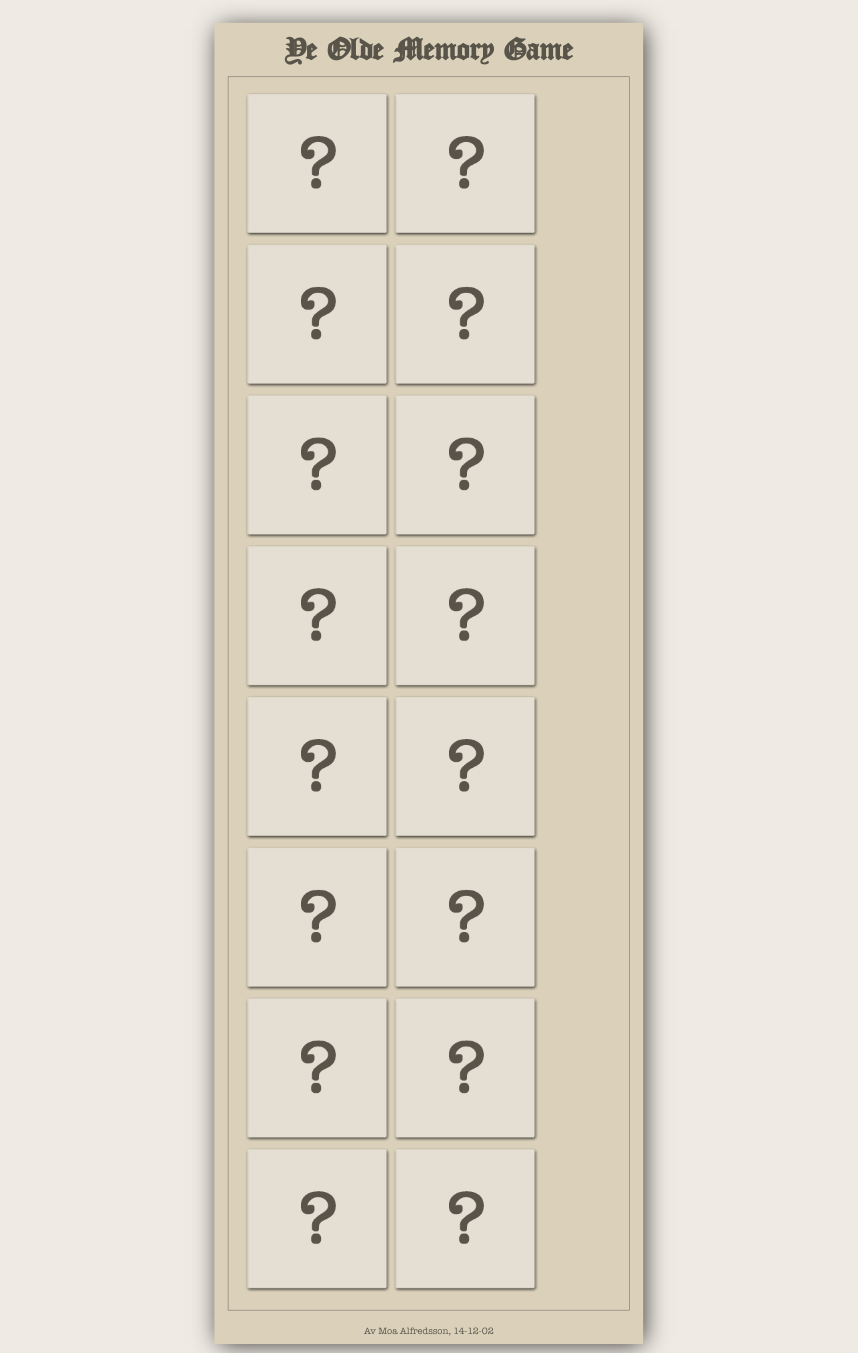
Repository: ma223md/1dv403-laborationer
Page: 5-pwd/index.html
The author's editor kept a record of every edit. The page is drawn from the files as they stood at one moment, then again after the next edit.
The browser window is 1280 px wide. The pictures show the whole page, at 67% of full size.

Above is the page before.

After the next edit:
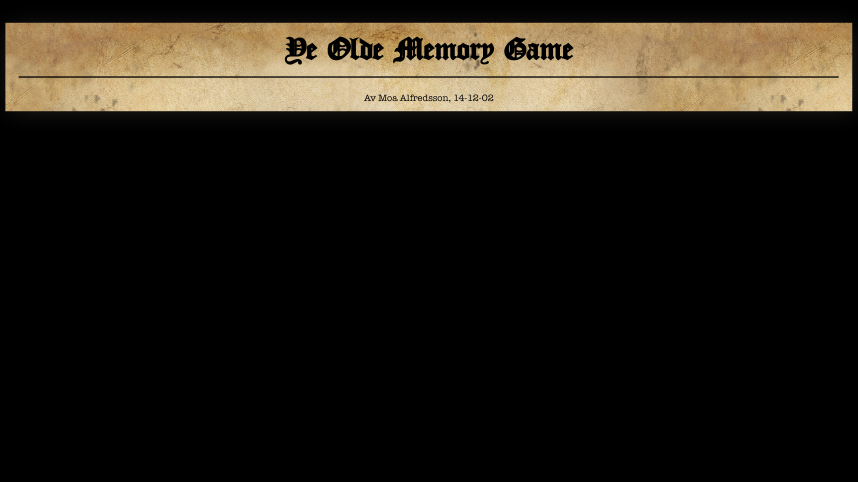
Console error: ReferenceError: RandomGenerator is not defined
The edit:
--- a/5-pwd/index.html
+++ b/5-pwd/index.html
@@ -2,8 +2,8 @@
 <html>
     <head>
         <meta charset="UTF-8" />
-        <link rel="stylesheet" href="css/memorystyle.css" />
-        <script src="js/random.js"></script>
+        <link rel="stylesheet" href="css/pwdstyle.css" />
+        <script src="js/desktop_run.js"></script>
         <script src="js/memory.js"></script>
         <title>Personal Web Desktop</title>
     </head>
